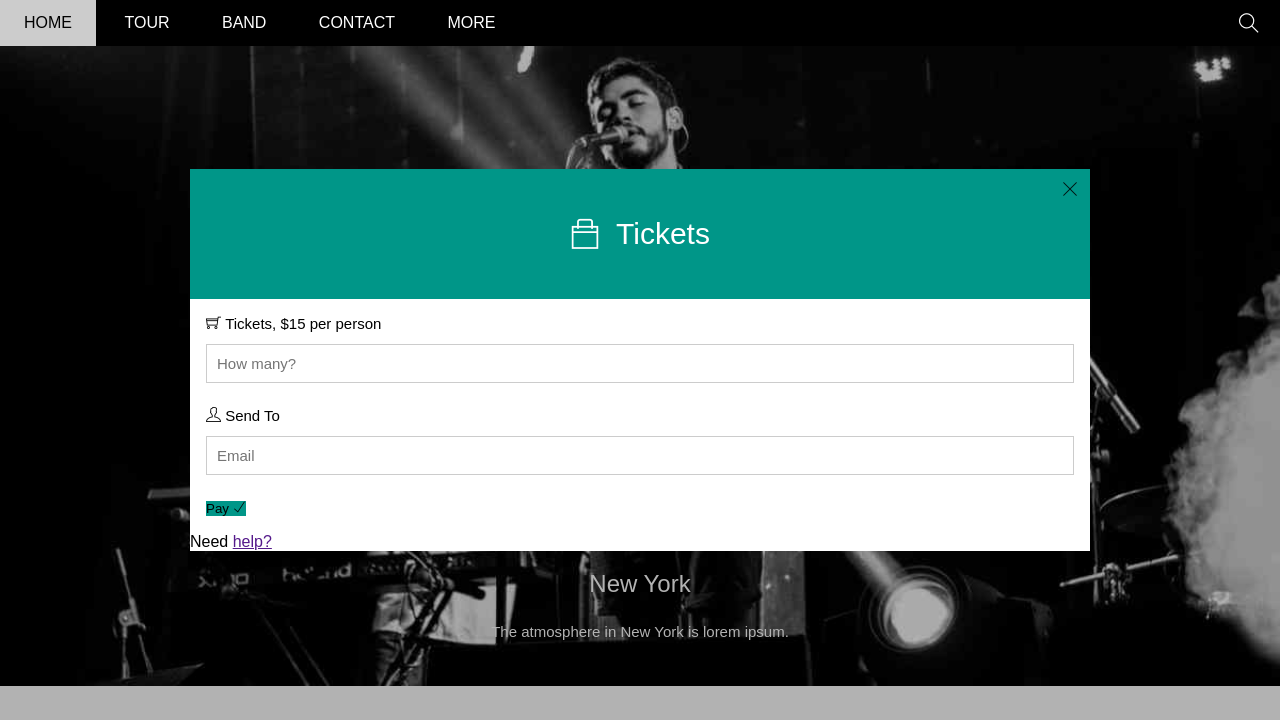
Repository: duyhung0311/band_music
Page: index.html
These files come from the project's save history. The page is drawn as it stood at one moment and after the next save; the edit follows.
The browser window is 1280 px wide. The pictures show the window.
A layer covers the whole window, so only the first screen is drawn.

Above is the page before, as saved 2021-08-15 09:44:04.

After the next save:
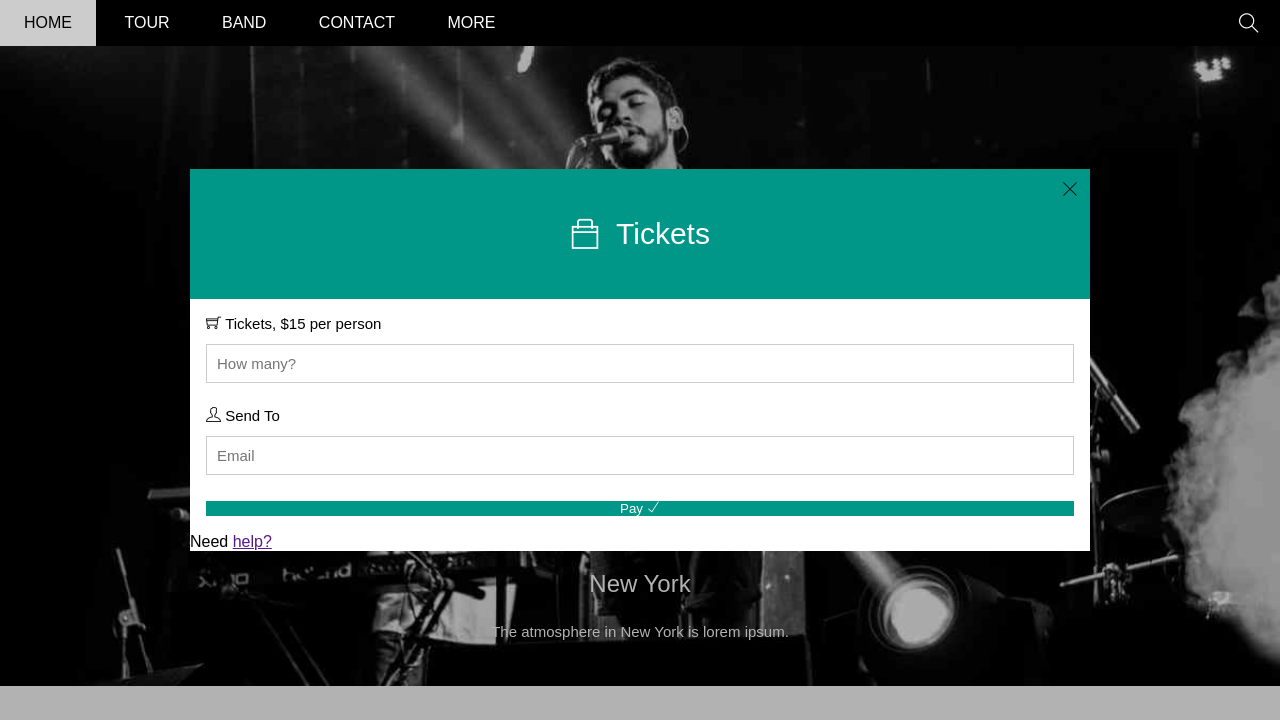
Saved 24 s later.
--- a/assets/css/style.css
+++ b/assets/css/style.css
@@ -345,4 +345,6 @@
 .modal-body #buy-tickets{
       background: #009688;
       border: none;
-}
+      color:#fff;
+      width: 100%;
+}
